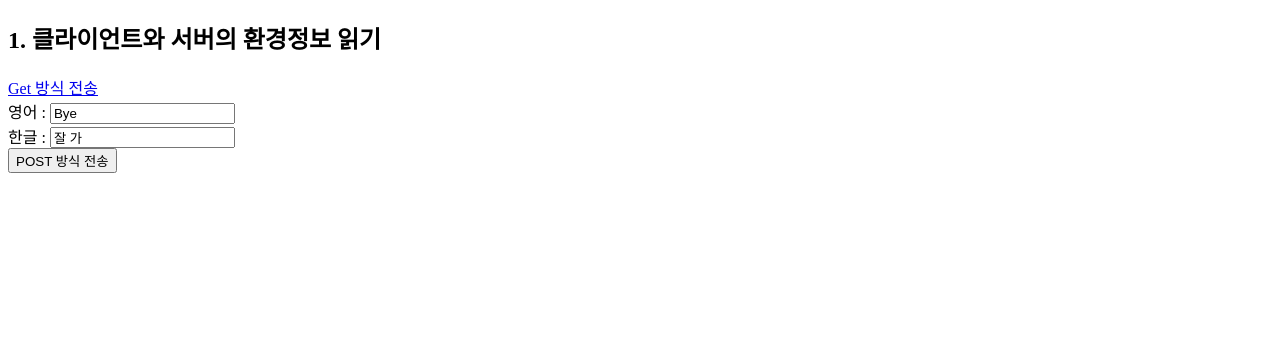
Repository: Park-Dongheon/Servlet-JSP_Training
Page: http://localhost/MustHaveJSP/02ImplicitObject/RequestMain.jsp
The author's editor kept a copy of each file at every save. The page is drawn from the files as they stood at one save, then again after a run of saves.
The browser window is 1280 px wide. The pictures show the whole page.
The page is served by Tomcat 10. Other server files are loaded and not shown.

Above is the page before, as saved 2024-06-07 00:46:44.

### MustHaveJSP/src/main/webapp/02ImplicitObject/RequestMain.jsp
<%@ page language="java" contentType="text/html; charset=UTF-8"
    pageEncoding="UTF-8"%>
<!DOCTYPE html>
<html>
<head>
<meta charset="UTF-8">
<title>내장 객체 - request</title>
</head>
<body>
	<h2>1. 클라이언트와 서버의 환경정보 읽기</h2>
	<a href="./RequestWebInfo.jsp?eng=Hello&han=안녕">		<!-- GET 방식으로 요청 -->
		Get 방식 전송
	</a>
	<br />
	<form action="RequestWebInfo.jsp" method="post">		<!-- POST 방식으로 요청 -->
		영어 : <input type="text" name="eng" value="Bye" /><br />
		한글 : <input type="text" name="han" value="잘 가" /><br />
		<input type="submit" value="POST 방식 전송" />
	</form>

</body>
</html>

After the next 2 saves:
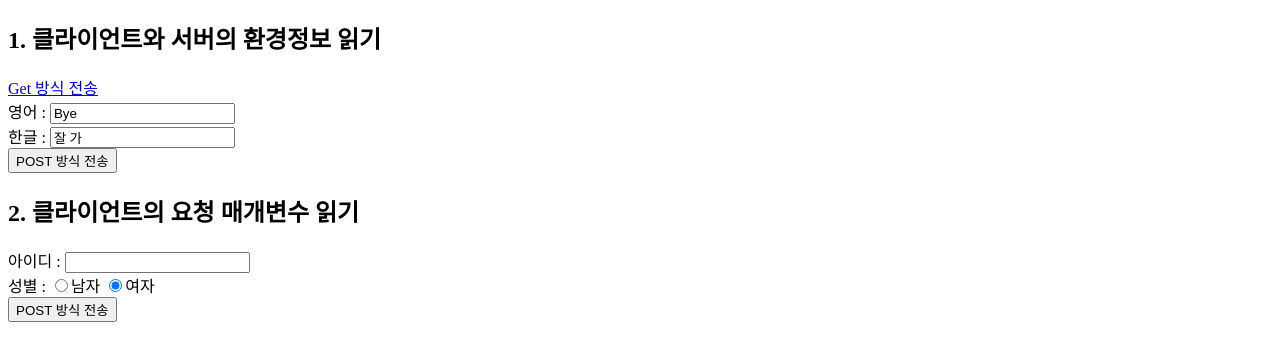
The 2 saves are shown as one change because they came seconds apart.
The last was saved 2 min 26 s later.
--- a/MustHaveJSP/src/main/webapp/02ImplicitObject/RequestMain.jsp
+++ b/MustHaveJSP/src/main/webapp/02ImplicitObject/RequestMain.jsp
@@ -18,5 +18,15 @@
 		<input type="submit" value="POST 방식 전송" />
 	</form>
 
+	<h2>2. 클라이언트의 요청 매개변수 읽기</h2>
+	<form method="post" action="RequestParameter.jsp">		<!-- 다양한 <input> 태그 사용 -->
+		아이디 : <input type="text" name="id" value="" /><br />
+		성별 :
+		<input type="radio" name="sex" value="man" />남자
+		<input type="radio" name="sex" value="woman" checked="checked" />여자
+		<br />
+		<input type="submit" value="POST 방식 전송" />
+	</form>
+
 </body>
 </html>
